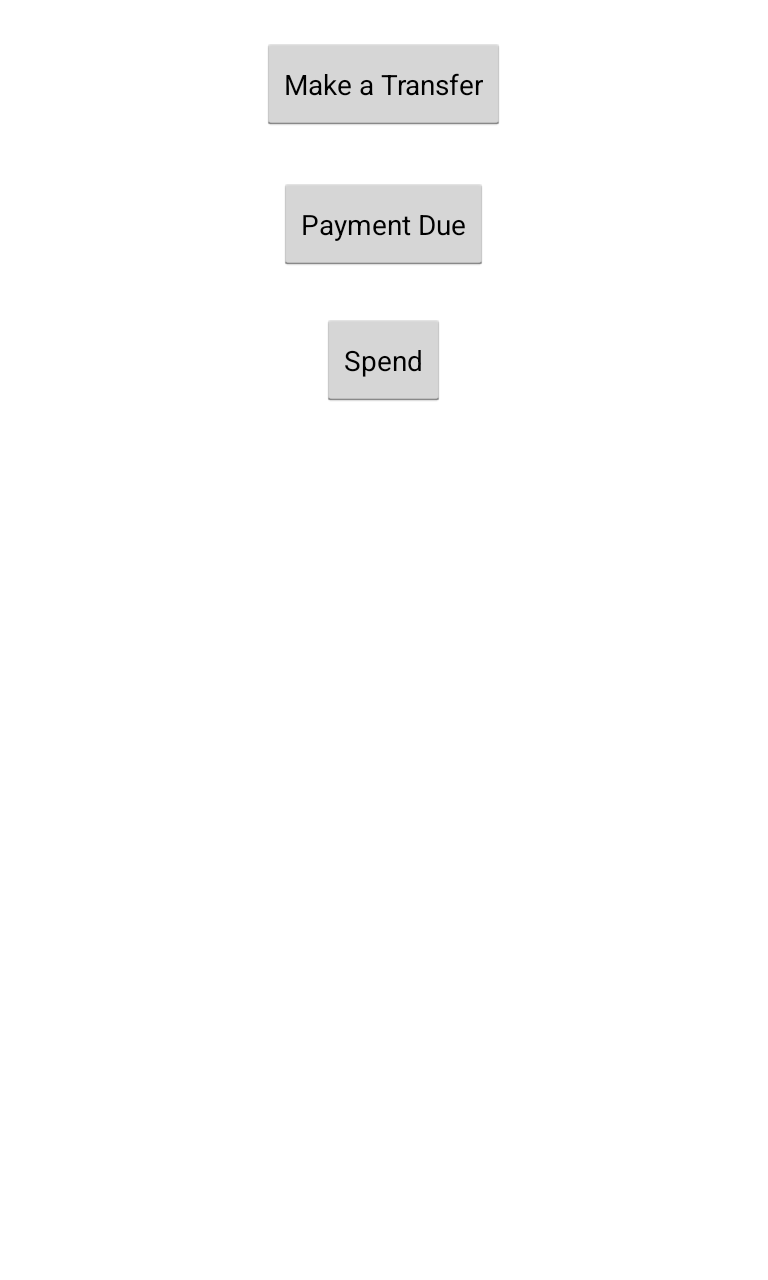
Repository: chaneyjd/android
Layout: amqtt/res/layout/activity_main.xml
These files come from the project's save history. The layout is drawn as it stood at one moment and after the next save; the edit follows.
It is drawn on a 768 x 1280 px phone screen (xhdpi) without system bars, with theme AppTheme; the app's code is not run.

Above is the layout before, as saved 2014-05-07 01:11:09.

After the next save:
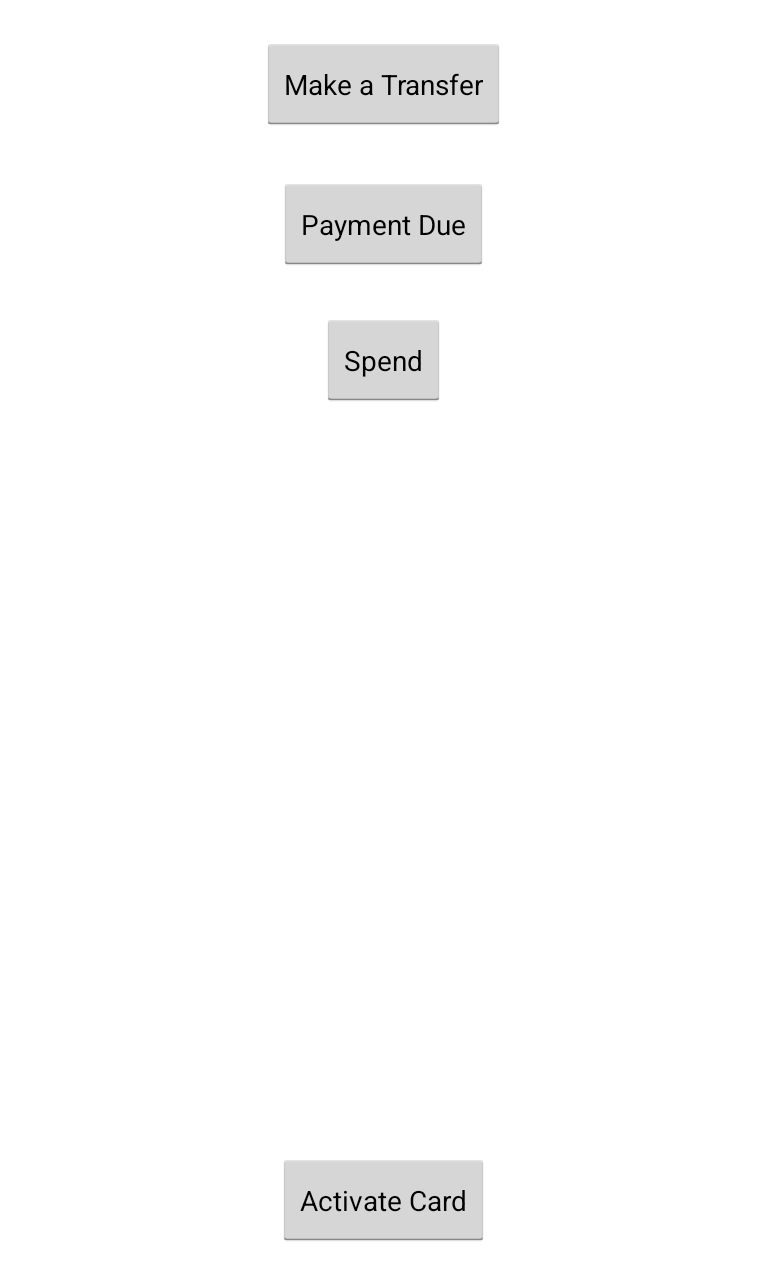
Saved 78 s later.
--- a/amqtt/res/layout/activity_main.xml
+++ b/amqtt/res/layout/activity_main.xml
@@ -38,4 +38,15 @@
         android:onClick="spend"
         android:text="Spend" />
 
+    <Button
+        android:id="@+id/button3"
+        style="?android:attr/buttonStyleSmall"
+        android:layout_width="wrap_content"
+        android:layout_height="wrap_content"
+        android:layout_alignParentBottom="true"
+        android:layout_centerHorizontal="true"
+        android:layout_marginBottom="16dp"
+        android:onClick="activatecard"
+        android:text="Activate Card" />
+
 </RelativeLayout>
